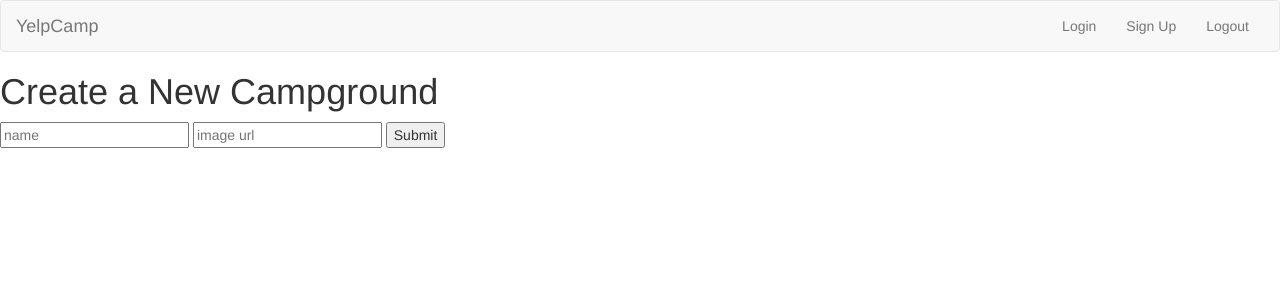
Repository: iceljc/web-development
Page: http://localhost/campgrounds/new
The author's editor kept a record of every edit. The page is drawn from the files as they stood at one moment, then again after the next edit.
The browser window is 1280 px wide. The pictures show the whole page.
The page is served by the project's Node server (YelpCamp/v1/app.js).

Above is the page before.

### YelpCamp/v1/views/new.ejs
<% include partials/header %>

<h1>Create a New Campground</h1>

<form action="/campgrounds" method="POST">
    <input type="text" name="name" placeholder="name">
    <input type="text" name="image" placeholder="image url">
    <input type="submit">
</form>

<% include partials/footer %>

### YelpCamp/v1/views/partials/header.ejs
<!DOCTYPE html>
<html>
    <head>
        <title>YelpCamp</title>
        <link rel="stylesheet" href="https://maxcdn.bootstrapcdn.com/bootstrap/3.3.5/css/bootstrap.min.css">
    </head>
    <body>
    <nav class="navbar navbar-default">
        <div class="container-fluid">
            <div class="navbar-header">
                <a class="navbar-brand" href="/">YelpCamp</a>
            </div>
            <div class="collapse navbar-collapse">
                <ul class="nav navbar-nav navbar-right">
                    <li><a href="/">Login</a></li>
                    <li><a href="/">Sign Up</a></li>
                    <li><a href="/">Logout</a></li>
                </ul>
            </div>
        </div>
    </nav>

### YelpCamp/v1/app.js
var express = require("express");
var app = express();
var bodyParser = require("body-parser");

app.use(bodyParser.urlencoded({extended: true}));
app.set("view engine", "ejs");


var campgrounds = [
        {name: "Salmon Creek", image: "https://farm9.staticflickr.com/8442/7962474612_bf2baf67c0.jpg"},
        {name: "Granite Hill", image: "https://farm1.staticflickr.com/60/215827008_6489cd30c3.jpg"},
        {name: "Mountain Goat's Rest", image: "https://farm7.staticflickr.com/6057/6234565071_4d20668bbd.jpg"},
        {name: "Salmon Creek", image: "https://farm9.staticflickr.com/8442/7962474612_bf2baf67c0.jpg"},
        {name: "Granite Hill", image: "https://farm1.staticflickr.com/60/215827008_6489cd30c3.jpg"},
        {name: "Mountain Goat's Rest", image: "https://farm7.staticflickr.com/6057/6234565071_4d20668bbd.jpg"},
        {name: "Salmon Creek", image: "https://farm9.staticflickr.com/8442/7962474612_bf2baf67c0.jpg"},
        {name: "Granite Hill", image: "https://farm1.staticflickr.com/60/215827008_6489cd30c3.jpg"},
        {name: "Mountain Goat's Rest", image: "https://farm7.staticflickr.com/6057/6234565071_4d20668bbd.jpg"}
    ];



app.get("/", function(req, res){
    res.render("landing");
});


app.get("/campgrounds", function(req, res){
    res.render("campgrounds", {campgrounds:campgrounds});
});


app.get("/campgrounds/new", function(req, res){
    res.render("new");
});


app.post("/campgrounds", function(req, res){
    // get data from form and add to campgrounds array
    var name = req.body.name;
    var image = req.body.image;
    var newCampground = {name: name, image: image};
    campgrounds.push(newCampground);
    //redirect back to campgrounds page
    res.redirect("/campgrounds");
});


app.listen(process.env.PORT, process.env.IP, function(){
   console.log("The YelpCamp Server Has Started!");
});

Loaded but not shown: YelpCamp/v1/views/partials/footer.ejs (common file)

After the next edit:
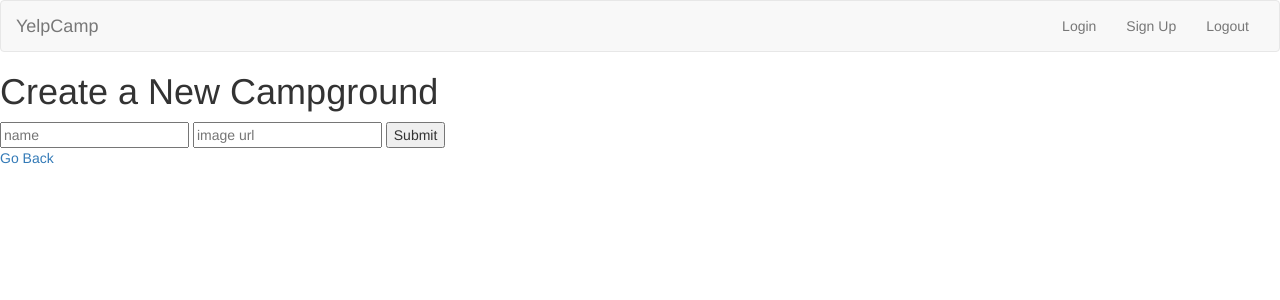
The edit:
--- a/YelpCamp/v1/views/new.ejs
+++ b/YelpCamp/v1/views/new.ejs
@@ -8,4 +8,6 @@
     <input type="submit">
 </form>
 
+<a href="/campgrounds">Go Back</a>
+
 <% include partials/footer %>
